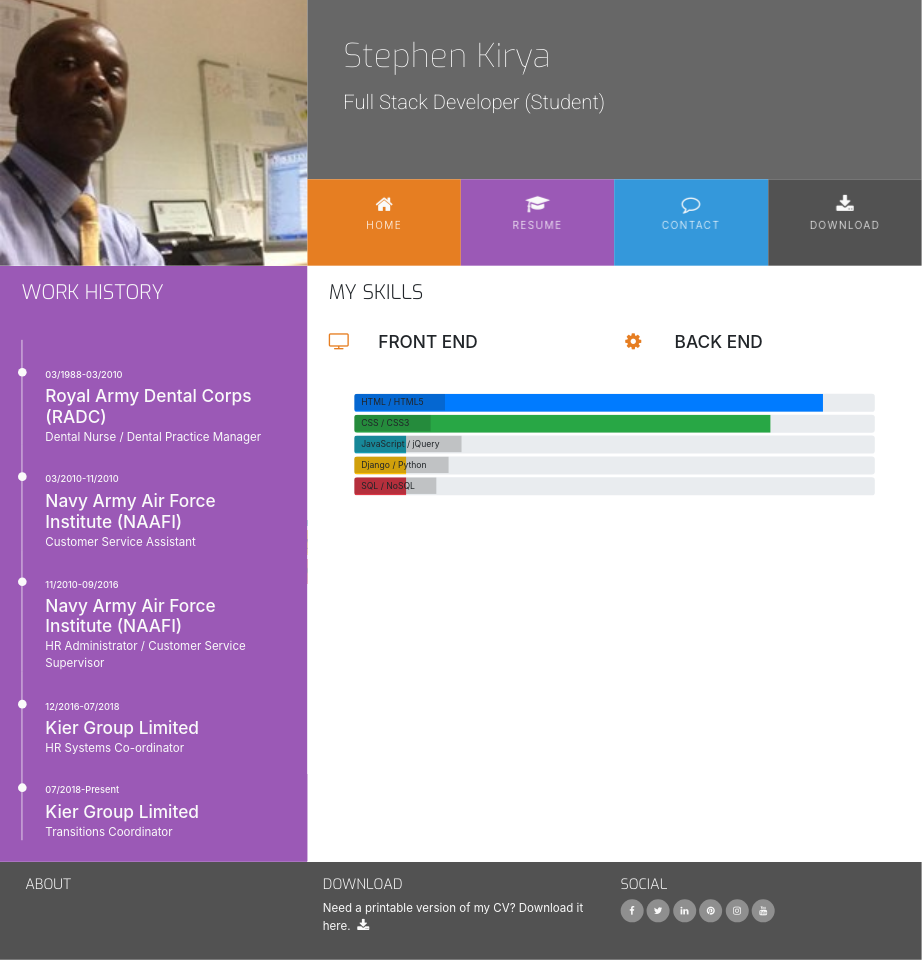
Repository: isiko1/interactive_frontend_resume
Page: resume.html
The author's editor kept a record of every edit. The page is drawn from the files as they stood at one moment, then again after the next edit.
The browser window is 1280 px wide. The pictures show the whole page, at 72% of full size.

Above is the page before.

### resume.html
<!DOCTYPE html>
<html lang="en">

<head>
    <meta charset="UTF-8">
    <meta name="viewport" content="width=device-width, initial-scale=1.0">
    <meta http-equiv="X-UA-Compatible" content="ie=edge">
    <link rel="stylesheet" href="https://stackpath.bootstrapcdn.com/bootstrap/4.3.1/css/bootstrap.min.css" type="text/css" />
    <link rel="stylesheet" href="https://stackpath.bootstrapcdn.com/font-awesome/4.7.0/css/font-awesome.min.css" type="text/css" />
    <link rel="stylesheet" href="https://cdnjs.cloudflare.com/ajax/libs/hover.css/2.3.1/css/hover-min.css" type="text/css" />
    <link rel="stylesheet" href="assets/css/style.css" type="text/css" />
    <title>Stephen</title>
</head>

<body>
    <header>
        <div class="row no-gutters">
            <a href="index.html" class="col-md-4 logo">
            </a>
            <div class="col-md-8">
                <div class="row no-gutters bg-color-name-title">
                    <div class="col heading">
                        <h1 class="name">Stephen Kirya</h1>
                        <h2 class="title">Full Stack Developer (Student)</h2>
                    </div>
                </div>
                <div class="row no-gutters">
                    <div class="col">
                        <ul id="nav" class="list-inline menucontainer">
                            <li class="col-6 col-sm-3 ui-menu-color-home list-inline-item menuitem">
                                <a href="#" class="hvr-sweep-to-bottom"><i class="fa fa-home" aria-hidden="true"></i><span>Home</span></a>
                            </li>
                            <li class="col-6 col-sm-3 ui-menu-color-resume list-inline-item menuitem">
                                <a href="#" class="hvr-sweep-to-bottom"><i class="fa fa-graduation-cap" aria-hidden="true"></i><span>Resume</span></a>
                            </li>
                            <li class="col-6 col-sm-3 ui-menu-color-contact list-inline-item menuitem">
                                <a href="#" class="hvr-sweep-to-bottom"><i class="fa fa-comment-o" aria-hidden="true"></i><span>Contact</span></a>
                            </li>
                            <li class="col-6 col-sm-3 ui-menu-color-download list-inline-item menuitem">
                                <a href="#" class="hvr-sweep-to-bottom"><i class="fa fa-download" aria-hidden="true"></i><span>Download</span></a>
                            </li>
                        </ul>
                    </div>
                </div>
            </div>
        </div>
    </header>
    <section class="container-fluid">
        <div class="row">
            <div class="col-md-4 bg-color-work-history section-column">
                <div class="row">
                    <div class="col-12">
                        <h3 class="history-heading uppercase">
                            Work History
                        </h3>
                    </div>
                </div>
                <div class="timeline-item" data-dates="03/1988-03/2010">
                    <h4>Royal Army Dental Corps (RADC)</h4>
                    <p> Dental Nurse / Dental Practice Manager</p>
                </div>
                <div class="timeline-item" data-dates="03/2010-11/2010">
                    <h4>Navy Army Air Force Institute (NAAFI)</h4>
                    <p> Customer Service Assistant</p></p>
                </div>
                <div class="timeline-item" data-dates="11/2010-09/2016">
                  <h4>Navy Army Air Force Institute (NAAFI)</h4>
                  <p> HR Administrator / Customer Service Supervisor</p>
                </div>
                <div class="timeline-item" data-dates="12/2016-07/2018">
                  <h4>Kier Group Limited</h4>
                  <p> HR Systems Co-ordinator</p>
                </div>
                <div class="timeline-item" data-dates="07/2018-Present">
                  <h4>Kier Group Limited</h4>
                  <p> Transitions Coordinator</p>
                </div>
            </div>
            <div class="col-md-8 bg-color-three-reasons section-column">
                <div class="row">
                    <div class="col">
                        <h3 class="section-heading uppercase">My Skills</h3>
                    </div>
                </div>
                <div class="row">
                    <div class="col-10 offset-1 offset-sm-0 col-sm-4 col-md-6">
                        <div class="row">
                            <div class="col-2">
                                <i class="three-reasons-icon fa fa-tv" aria-hidden="true"></i>
                            </div>
                            <div class="col-10">
                                <h4 class="three-reasons-heading uppercase">Front End</h4>
                                <p>

                                </p>
                            </div>
                        </div>
                    </div>
                    <div class="col-10 offset-1 offset-sm-0 col-sm-4 col-md-6">
                        <div class="row">
                            <div class="col-2">
                                <i class="three-reasons-icon fa fa-gear" aria-hidden="true"></i>
                            </div>
                            <div class="col-10">
                                <h4 class="three-reasons-heading uppercase">Back End</h4>
                                <p>

                                </p>
                            </div>
                        </div>
                    </div>
                </div>
                <div class="row progress-section">
                    <div class="col">
                        <div class="progress">
                            <div class="progress-bar" role="progressbar" aria-valuenow="90" aria-valuemin="0" aria-valuemax="100" style="width:90%">
                                <span class="sr-only">90% complete</span>
                            </div>
                            <span class="progress-type">HTML / HTML5</span>
                        </div>
                        <div class="progress">
                            <div class="progress-bar bg-success" role="progressbar" aria-valuenow="80" aria-valuemin="0" aria-valuemax="100" style="width:80%">
                                <span class="sr-only">80% complete</span>
                            </div>
                            <span class="progress-type">CSS / CSS3</span>
                        </div>
                        <div class="progress">
                            <div class="progress-bar bg-info" role="progressbar" aria-valuenow="10" aria-valuemin="0" aria-valuemax="100" style="width:10%">
                                <span class="sr-only">10% complete</span>
                            </div>
                            <span class="progress-type">JavaScript / jQuery</span>
                        </div>
                        <div class="progress">
                            <div class="progress-bar bg-warning" role="progressbar" aria-valuenow="10" aria-valuemin="0" aria-valuemax="100" style="width:10%">
                                <span class="sr-only">10% complete</span>
                            </div>
                            <span class="progress-type">Django / Python</span>
                        </div>
                        <div class="progress">
                            <div class="progress-bar bg-danger" role="progressbar" aria-valuenow="10" aria-valuemin="0" aria-valuemax="100" style="width:10%">
                                <span class="sr-only">10% complete</span>
                            </div>
                            <span class="progress-type">SQL / NoSQL</span>
                        </div>
                    </div>

                </div>
            </div>
        </div>

    </section>
    <footer class="container-fluid">
        <div id="footer-details" class="row">
            <div class="col-sm-4">
                <h5 class="uppercase general-sub">About</h5>
                <p class="inline-block">

                </p>
            </div>
            <div class="col-sm-4">
                <h5 class="uppercase general-sub">Download</h5>
                <p class="inline-block">
                    Need a printable version of my CV? Download it here.
                    <a href="#" target="_blank" class="cv-pdf">
                        <i class="fa fa-download" aria-hidden="true"></i>
                        <span class="sr-only">Download link.</span>
                    </a>
                </p>

            </div>
            <div class="col-sm-4">
                <h5 class="uppercase general-sub">Social</h5>
                <ul class="list-inline social-links">
                    <li class="list-inline-item">
                        <a target="_blank" href="#">
                            <i class="fa fa-facebook" aria-hidden="true"></i>
                            <span class="sr-only">Facebook</span>
                         </a>
                    </li>
                    <li class="list-inline-item">
                        <a target="_blank" href="#">
                            <i class="fa fa-twitter" aria-hidden="true"></i>
                            <span class="sr-only">Twitter</span>
                         </a>
                    </li>
                    <li class="list-inline-item">
                        <a target="_blank" href="#">
                            <i class="fa fa-linkedin" aria-hidden="true"></i>
                            <span class="sr-only">Linkedin</span>
                         </a>
                    </li>
                    <li class="list-inline-item">
                        <a target="_blank" href="#">
                            <i class="fa fa-pinterest" aria-hidden="true"></i>
                            <span class="sr-only">Pinterest</span>
                         </a>
                    </li>
                    <li class="list-inline-item">
                        <a target="_blank" href="#">
                            <i class="fa fa-instagram" aria-hidden="true"></i>
                            <span class="sr-only">Instagram</span>
                         </a>
                    </li>
                    <li class="list-inline-item">
                        <a target="_blank" href="#">
                            <i class="fa fa-youtube" aria-hidden="true"></i>
                            <span class="sr-only">YouTube</span>
                         </a>
                    </li>
                </ul>
            </div>
        </div>

    </footer>
</body>

</html>

### assets/css/style.css
@import url('https://fonts.googleapis.com/css?family=Roboto:100,200,300,400,500,600,700|Exo:100,200,300,400,500,600,700');

/*--------------Colours */

.bg-color-name-title {
    background-color: #676767;
}

.bg-color-three-reasons {
    background-color: #fff;
}

.bg-color-personal-info {
    background-color: #f4f4f4;
}
.bg-color-work-history {
    background-color: #9b59b6;
}

.ui-menu-color-home {
    background-color: #e67e22;
}

.ui-menu-color-resume {
    background-color: #9b59b6;
}

.ui-menu-color-contact {
    background-color: #3498db;
}

.ui-menu-color-download {
    background-color: #525252;
}



/*--------------Special padding/margin/texts */

h1,
h2,
h3,
h4 {
    margin: 0;
}

.uppercase {
    text-transform: uppercase;
}

.general-sub {
    font-family: "Exo", sans-serif;
    font-weight: 300;
    color: #fafafa;
}

.inliine-block {
    display: inline-block;
}

.row-table {
    display: table;
}

.section-column {
    display: table-cell;
    padding: 0 30px 30px;
    float: none;
}
.history-heading,
.section-heading {
    font-family: "Exo", sans-serif;
    font-weight: 300;
    margin-top: 20px;
    margin-bottom: 40px;
}



/*--------------Headings */

header {
    margin: 0;
}

.heading {
    margin-left: 50px;
}

.logo {
    background: url(../images/Stephen.jpg);
    background-position: center;
    background-repeat: no-repeat;
    background-size: cover;
    min-height: 360px;
    transition: all 5s ease-out;
    -moz-transition: all 5s ease-out;
    -webkit-transition: all 5s ease-out;
}

.name {
    font-family: "Exo", sans-serif;
    font-weight: 100;
    font-size: 46px;
    margin-top: 50px;
    color: #fff;
}

.title {
    font-family: "Roboto", sans-serif;
    font-weight: 200;
    font-size: 28px;
    margin-top: 20px;
    margin-bottom: 90px;
    color: #fff;
}

.list-inline-item:not(:last-child) {
    margin: 0;
}

.menucontainer {
    font-size: 0;
}

#nav {
    margin: 0;
}

#nav li {
    font-size: 14px;
    padding: 0;
}

.menuitem {
    height: 120px;
    text-align: center;
    padding: 0;
}

.menuitem a {
    width: 100%;
    text-decoration: none;
    color: #fff;
    height: 120px;
}

.menuitem a i {
    padding-top: 22px;
    display: block;
    color: #fafafa;
    font-size: 26px;
}

.menuitem span {
    display: block;
    width: 100%;
    padding-top: 5px;
    text-align: center;
    text-transform: uppercase;
    font-size: 14px;
    font-weight: 300;
    letter-spacing: 2px;
}

/*--------------Hover.css */

.hvr-sweep-to-bottom:before {
    background: rgba(0, 0, 0, 0.2);
    height: 120px;
}

/*--------------Footer */

footer {
    background-color: #525252;
    color: #fafafa;
    min-height: 120px;
    margin: 0;
}

.cv-pdf i {
    font-size: 18px;
    color: #fafafa;
    text-align: center;
    padding-left: 5px;
    transition: all 0.35s ease-in-out;
    -moz-transition: all 0.35s ease-in-out;
    -webkit-transition: all 0.35s ease-in-out;
    -o-transition: all 0.35s ease-in-out;
}

.cv-pdf i:hover {
    color: #e84610;
}

.social-links {
    padding-bottom: 15px;
}

.social-links li a i {
    width: 32px;
    height: 32px;
    padding: 12px 0;
    border-radius: 50%;
    font-size: 13px;
    line-height: 7px;
    text-align: center;
    color: #fafafa;
    background: #8f8f8f;
    transition: all 0.35s ease-in-out;
    -moz-transition: all 0.35s ease-in-out;
    -webkit-transition: all 0.35s ease-in-out;
    -o-transition: all 0.35s ease-in-out;
}

.social-links li a i:hover {
    background-color: #e84610;
}

#footer-details {
    padding: 20px;
}

/*--------------Three reasons */

.three-reasons-icon {
    font-size: 26px;
    color: #e67e22;
}

.three-reasons-heading {
    margin-bottom: 15px;
}

/*--------------Personal info*/

.personal-info-item {
    margin-bottom: 20px;
    display: block;
    clear: both;
}

.personal-info-item .key,
.personal-info-item .value {
    padding-right: 8px;
    display: inline-block;
}

.personal-info-item .key p,
.personal-info-item .value p {
    margin: 0;
}

.personal-info-item .key {
    width: 30%;
    margin-right: 21px;
    padding-top: 2px;
    vertical-align: top;
}

.personal-info-item .key p {
    font-weight: 700;
}

.personal-info-item .value {
    position: relative;
    width: 60%;
}

/*--------------Progress Section*/

.progress {
    position: relative;
    height: 25px;
    margin-bottom: 4px;
}
.progress-type {
    position: absolute;
    left:0;
    font-weight: 400;
    padding: 3px 30px 2px 10px;
    background-color: rgba(25, 25, 25, 0.2);

}
.progress-section {
    margin: 40px 20px;
}

/*--------------Work history*/

.history-heading {
    color: #fafafa;
    margin-bottom: 50px;
}
.timeline-item {
    padding: 4em 2em 0em 2em;
    position: relative;
    color: #fafafa;
    border-left: 1px solid;
}
.timeline-item p {
    padding: 0;
    margin: 0;
}
.timeline-item:before {
    content: attr(data-dates);
    position: absolute;
    left: 2.5em;
    top: 3em;
    display:block;
    font-family: "Exo" sans-serif;
    font-weight: 500;
    font-size: 0.8em;
    padding: 0;
    margin: 0;
}

.timeline-item:after {
    width: 12px;
    height: 12px;
    display: block;
    top: 2.4em;
    position: absolute;
    left: -6px;
    border-radius:12px;
    content: '';
    background: #fafafa;
}

After the next edit:
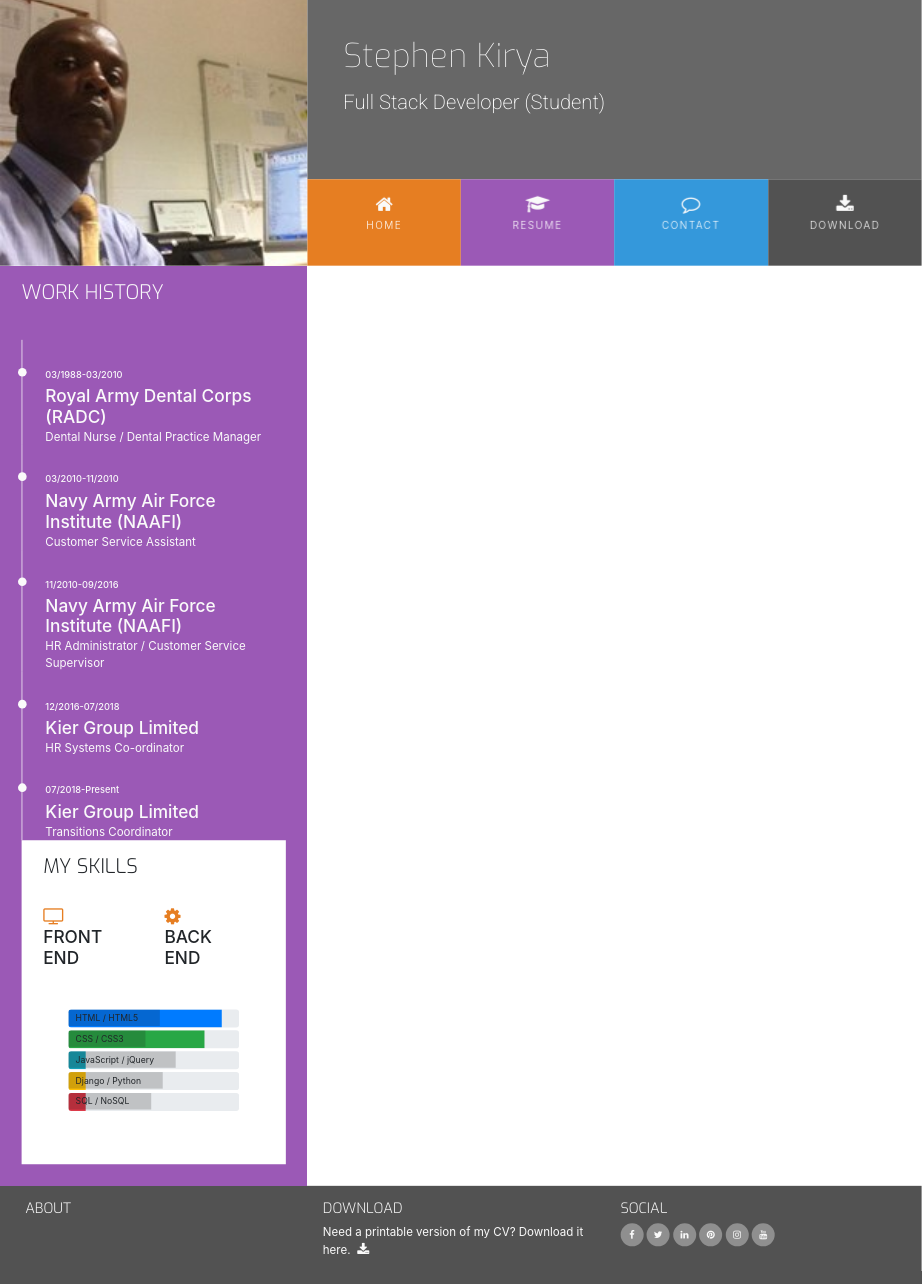
The edit:
--- a/resume.html
+++ b/resume.html
@@ -55,6 +55,7 @@
                         </h3>
                     </div>
                 </div>
+                <div class="work-history">
                 <div class="timeline-item" data-dates="03/1988-03/2010">
                     <h4>Royal Army Dental Corps (RADC)</h4>
                     <p> Dental Nurse / Dental Practice Manager</p>

After the edit that followed:
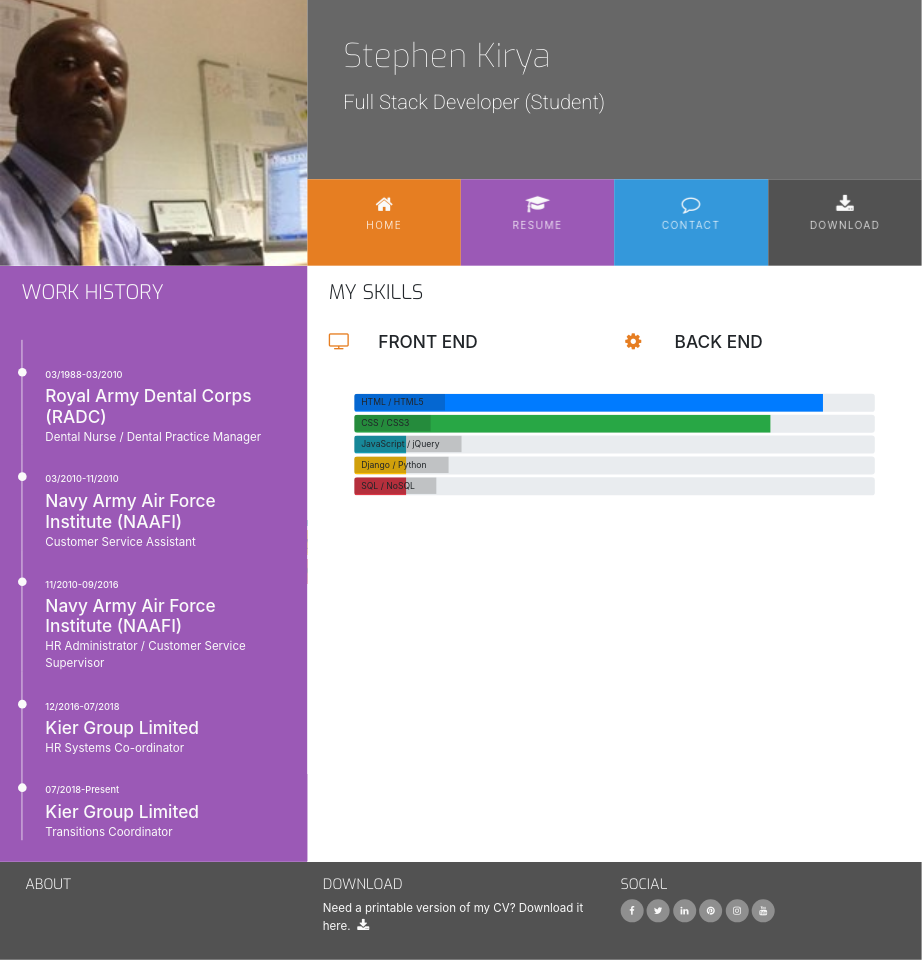
The edit:
--- a/resume.html
+++ b/resume.html
@@ -76,6 +76,7 @@
                   <h4>Kier Group Limited</h4>
                   <p> Transitions Coordinator</p>
                 </div>
+                </div>
             </div>
             <div class="col-md-8 bg-color-three-reasons section-column">
                 <div class="row">
